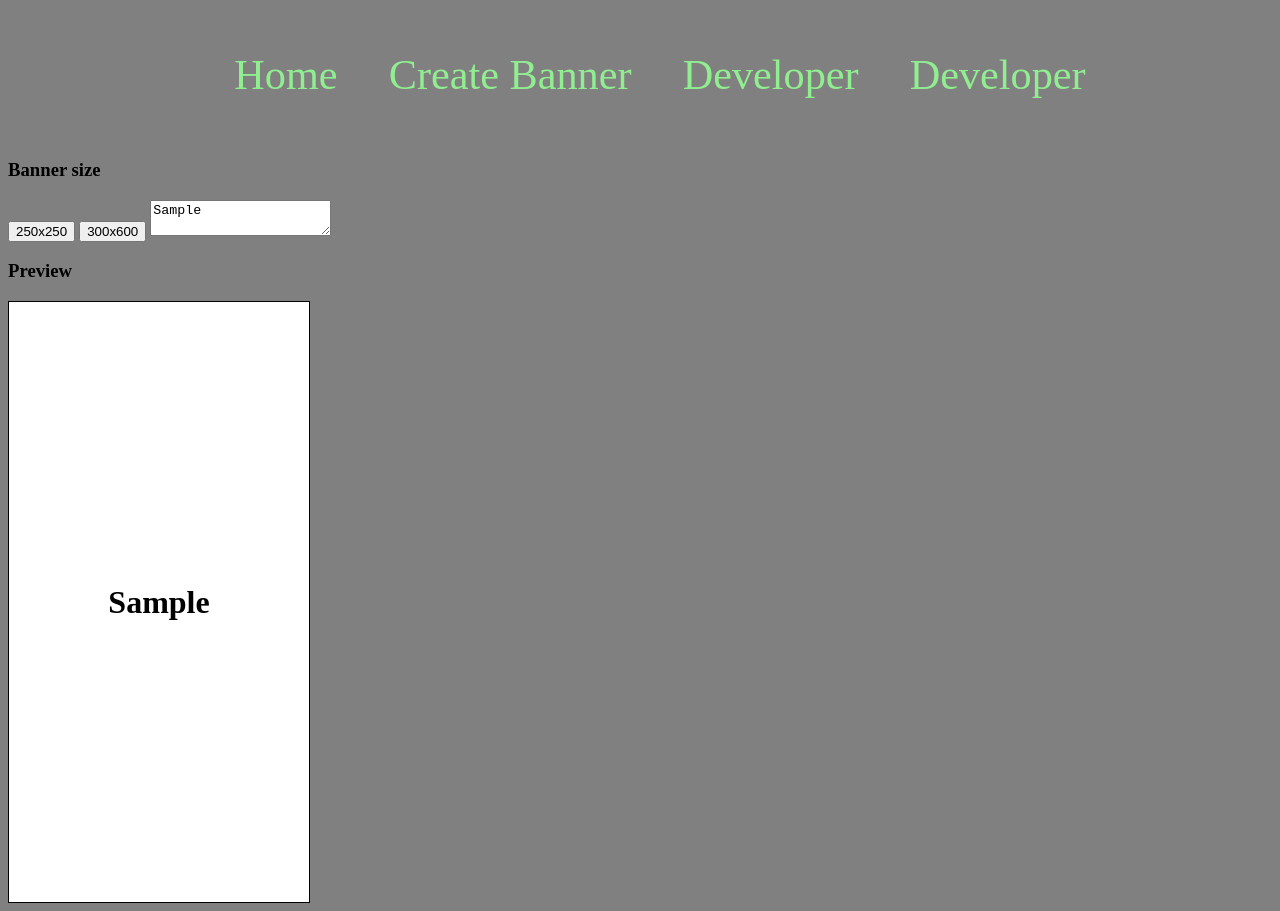
Repository: Yuravolontir/--Baner-Editor--
Page: banner.html
An editor plug-in stored every save of this project. The page is shown before and after the next save, followed by the edit.
The browser window is 1280 px wide. The pictures show the whole page.
Empty fields were first filled with sample values (such as "Sample", 5 or name@example.com).
After loading, the first visible `#\33 00X600` was clicked once.

Above is the page before, as saved 2025-07-15 18:04:06.

After the next save:
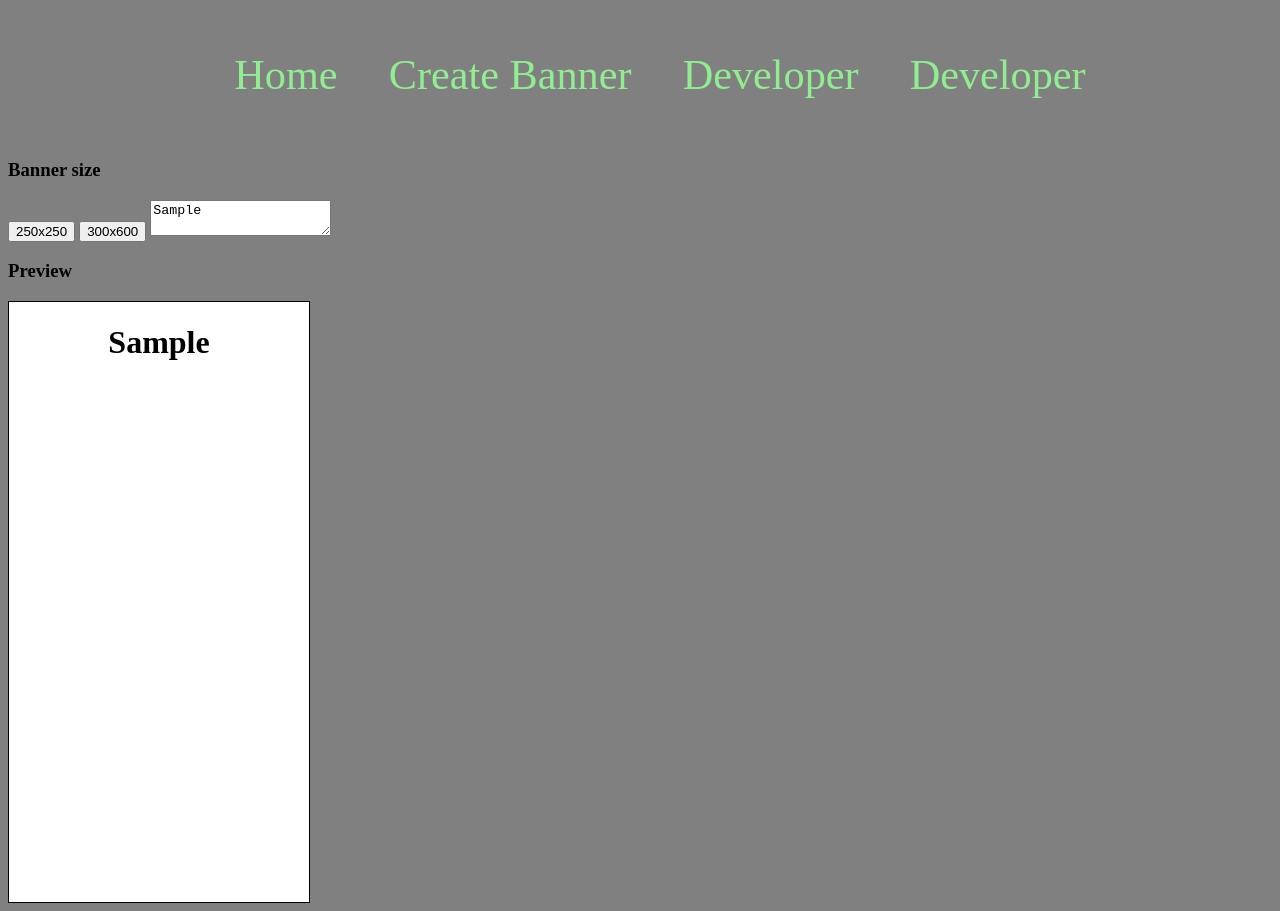
Saved 58 s later.
--- a/scripts/banner.js
+++ b/scripts/banner.js
@@ -28,10 +28,7 @@ export function createBanner2(event) {
     div.style.height = "600px";
     div.style.border = "1px solid black";
     div.style.background = "white";
-    div.style.display = "flex";
-    div.style.alignItems = "center";
-    div.style.justifyContent = "center";
-    div.style.flexDirection = "column";
+
 
     const h1 = document.createElement("h1");
     h1.id = "bannerText"; // So we can update it
